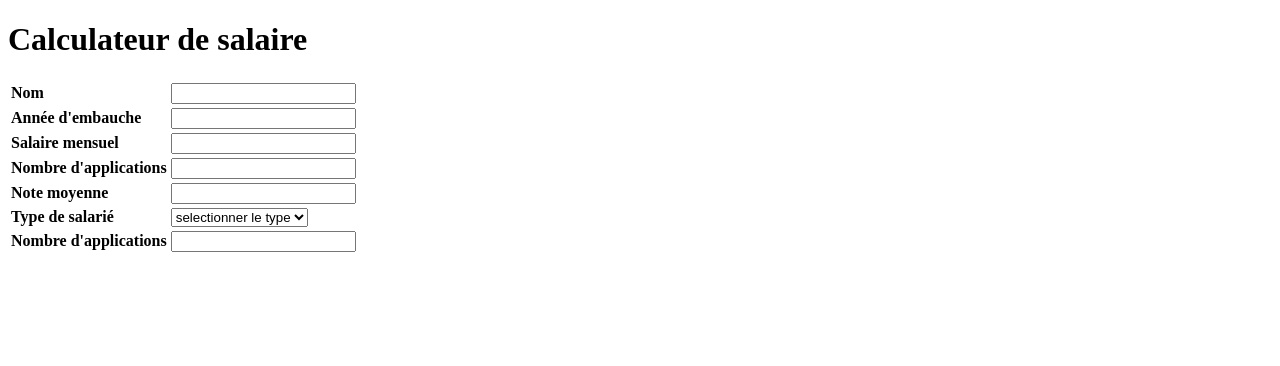
Repository: AgatheLM/formation_js
Page: insee-travaux-js/insee-client-js/tp2.html
The author's editor kept a copy of each file at every save. The page is drawn from the files as they stood at one save, then again after the next save.
The browser window is 1280 px wide. The pictures show the whole page.

Above is the page before, as saved 2018-01-25 09:54:05.

After the next save:
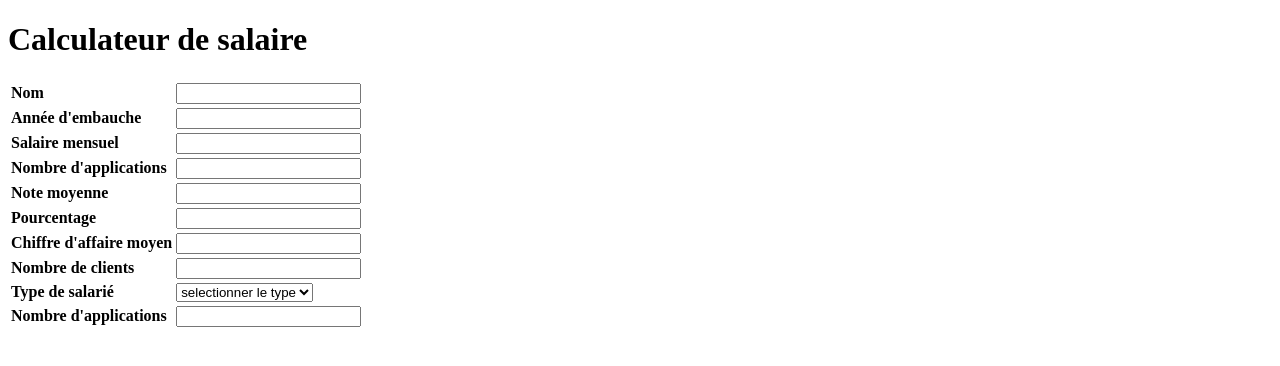
Saved 95 s later.
--- a/insee-travaux-js/insee-client-js/tp2.html
+++ b/insee-travaux-js/insee-client-js/tp2.html
@@ -33,6 +33,18 @@
 			<td> <input type="text" id="note" name="note" value=""> </td>
 		</tr>
 		<tr>
+			<td> <label for="pourcent"> <strong> Pourcentage </strong> </label></td>
+			<td> <input type="text" id="pourcent" name="pourcent" value=""> </td>
+		</tr>
+		<tr>
+			<td> <label for="caMoy"> <strong> Chiffre d'affaire moyen </strong> </label></td>
+			<td> <input type="text" id="caMoy" name="caMoy" value=""> </td>
+		</tr>
+		<tr>
+			<td> <label for="nbClient"> <strong> Nombre de clients </strong> </label></td>
+			<td> <input type="text" id="nbClient" name="nbClient" value=""> </td>
+		</tr>
+		<tr>
 			<td> <label for="typeSalarie"> <strong>Type de salarié </strong> </label></td>
 			<td><select name="typeSalarie" id="typeSalarie">
 						<option value="none">selectionner le type</option>
